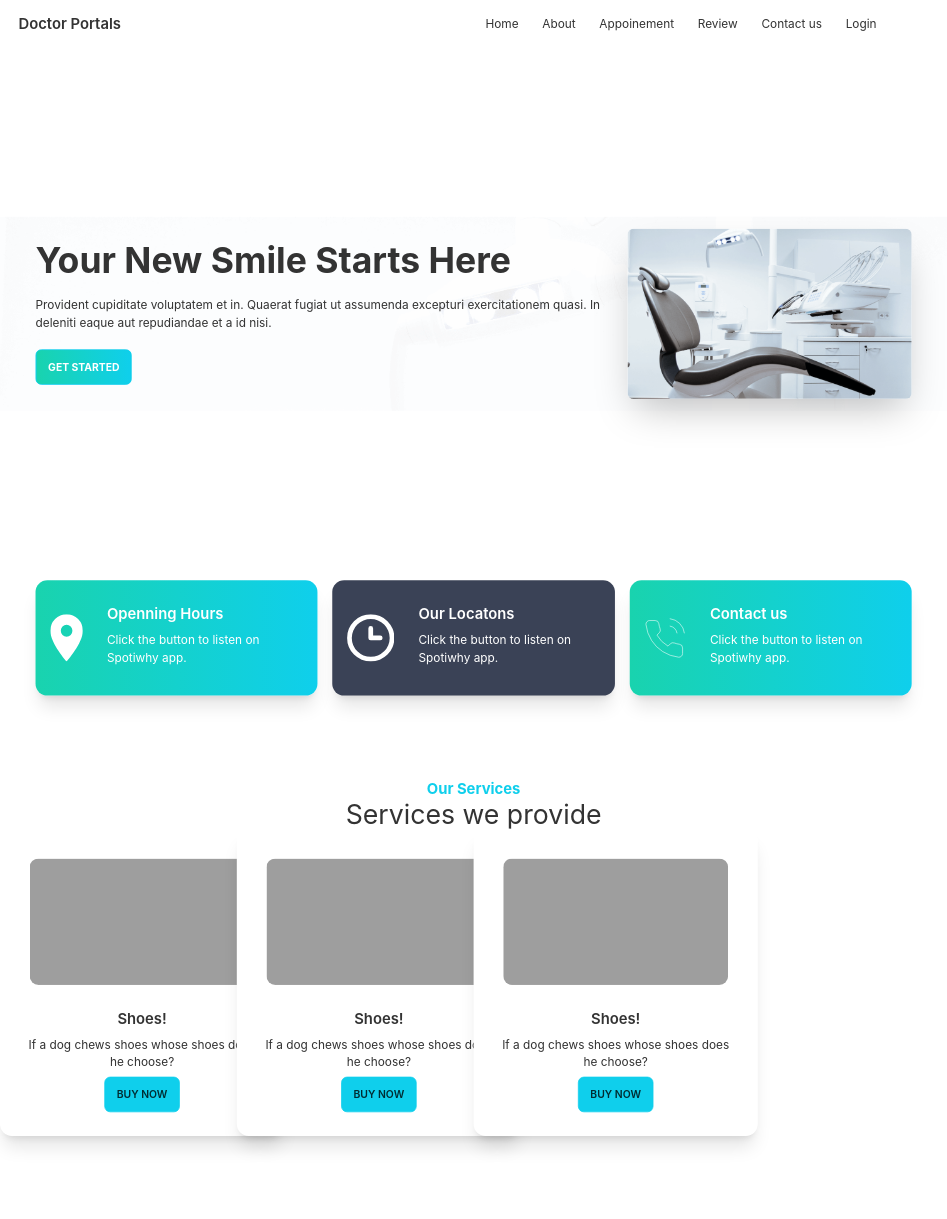
Repository: devsajid/doctors-portal-client
Page: /
An editor plug-in stored every save of this project. The page is shown before and after a run of saves, followed by the edit.
The browser window is 1280 px wide. The pictures show the whole page, at 74% of full size.
Pictures or frames that could not be fetched are drawn as grey boxes. Backgrounds fixed to the window are drawn as part of the page. The project was rebuilt for these pictures with package versions that can differ from the ones it lists, and the page was loaded fresh each time. Also part of the build but not shown: src/App.css, src/Pages/About/About.js, src/Pages/Appoinment/Appoinment.js, src/Pages/Contact/Contact.js, src/Pages/Login/Login.js, src/Pages/Review/Review.js.

Above is the page before, as saved 2022-08-05 21:53:08.

### src/index.js
import React from "react";
import ReactDOM from "react-dom/client";
import "./index.css";
import App from "./App";
import reportWebVitals from "./reportWebVitals";
import { BrowserRouter } from "react-router-dom";
const root = ReactDOM.createRoot(document.getElementById("root"));
root.render(
  <React.StrictMode>
    <BrowserRouter>
      <App />
    </BrowserRouter>
  </React.StrictMode>
);

reportWebVitals();

### src/App.js
import "./App.css";
import Navbar from "./Pages/Home/Share/Navbar/Navbar";
import { Routes, Route } from "react-router-dom";
import Home from "./Pages/Home/Home";
import About from "./Pages/About/About";
import Appoinement from "./Pages/Appoinment/Appoinment";
import Contact from "./Pages/Contact/Contact";
import Login from "./Pages/Login/Login";
import Review from "./Pages/Review/Review";
function App() {
  return (
    <div>
      <Navbar></Navbar>
      <Routes>
        <Route path="/" element={<Home />} />
        <Route path="about" element={<About />} />
        <Route path="appoinement" element={<Appoinement />} />
        <Route path="contact" element={<Contact />} />
        <Route path="login" element={<Login />} />
        <Route path="review" element={<Review />} />
      </Routes>
    </div>
  );
}

export default App;

### src/Pages/Home/Share/Navbar/Navbar.js
import React from "react";
import { Link } from "react-router-dom";

const Navbar = () => {
  const menuItem = (
    <>
      {" "}
      <li>
        <Link to="/">Home</Link>
      </li>
      <li>
        <Link to="about">About</Link>
      </li>
      <li>
        <Link to="appoinement">Appoinement</Link>
      </li>
      <li>
        <Link to="review">Review</Link>
      </li>
      <li>
        <Link to="contact">Contact us</Link>
      </li>
      <li>
        <Link to="login">Login</Link>
      </li>
    </>
  );
  return (
    <div>
      <div class="navbar   bg-base-100">
        <div class="navbar-start">
          <div class="dropdown">
            <label tabindex="0" class="btn btn-ghost lg:hidden">
              <svg
                xmlns="http://www.w3.org/2000/svg"
                class="h-5 w-5"
                fill="none"
                viewBox="0 0 24 24"
                stroke="currentColor"
              >
                <path
                  stroke-linecap="round"
                  stroke-linejoin="round"
                  stroke-width="2"
                  d="M4 6h16M4 12h8m-8 6h16"
                />
              </svg>
            </label>
            <ul
              tabindex="0"
              class="menu menu-compact dropdown-content mt-3 p-2 shadow bg-base-100 rounded-box w-52"
            >
              {menuItem}
            </ul>
          </div>
          <a class="btn btn-ghost normal-case text-xl">Doctor Portals</a>
        </div>
        <div class="navbar-center hidden lg:flex">
          <ul class="menu menu-horizontal p-0">{menuItem}</ul>
        </div>
      </div>
    </div>
  );
};

export default Navbar;

### src/Pages/Home/Home.js
import React from "react";
import Services from "../Services/Services";
import Banner from "./Banner/Banner";
import Info from "./Info/Info";

const Home = () => {
  return (
    <div>
      <Banner></Banner>
      <Info></Info>
      <Services></Services>
    </div>
  );
};

export default Home;

### src/Pages/Services/Services.js
import React from "react";
import flouride from "../../assets/images/flouride.png";
import cavity from "../../assets/images/cavity.png";
import whitening from "../../assets/images/whitening.png";
import Service from "./Service";
const Services = () => {
  const services = [
    {
      _id: 1,
      name: "Flouride Treatment",
      description: "fdgghgfh sadshdshfdsf dshfasdgsad",
      img: flouride,
    },
    {
      _id: 2,
      name: "Flouride Treatment",
      description: "fdgghgfh sadshdshfdsf dshfasdgsad",
      img: cavity,
    },
    {
      _id: 3,
      name: "Flouride Treatment",
      description: "fdgghgfh sadshdshfdsf dshfasdgsad",
      img: whitening,
    },
  ];
  return (
    <div className="my-28">
      <div className="text-center">
        <h3 className="text-primary text-xl font-bold upparecase">
          Our Services
        </h3>
        <h1 className="text-4xl">Services we provide</h1>
      </div>
      <div className="grid sm:grid-cols-1 md:grid-cols-2 lg:grid-cols-4">
        {" "}
        {services.map((service) => (
          <Service key={service._id} service={service}></Service>
        ))}
      </div>
    </div>
  );
};

export default Services;

### src/Pages/Home/Banner/Banner.js
import React from "react";
import chair from "../../../assets/images/chair.png";
import bg from "../../../assets/images/bg.png";
const Banner = () => {
  return (
    <div>
      <div class="hero min-h-screen ">
        <div
          class="hero-content bg-fixed px-12 flex-col lg:flex-row-reverse"
          style={{ backgroundImage: `url(${bg})` }}
        >
          <img src={chair} class="max-w-sm rounded-lg shadow-2xl" />
          <div>
            <h1 class="text-5xl font-bold">Your New Smile Starts Here</h1>
            <p class="py-6">
              Provident cupiditate voluptatem et in. Quaerat fugiat ut assumenda
              excepturi exercitationem quasi. In deleniti eaque aut repudiandae
              et a id nisi.
            </p>
            <button class="btn btn-primary uppercase text-white font-bold bg-gradient-to-r from-secondary to-primary">
              Get Started
            </button>
          </div>
        </div>
      </div>
    </div>
  );
};

export default Banner;

### src/Pages/Home/Info/Info.js
import React from "react";
import InfoCard from "../Info/InfoCard";
import clock from "../../../assets/icons/clock.svg";
import marker from "../../../assets/icons/marker.svg";
import phone from "../../../assets/icons/phone.svg";
const Info = () => {
  return (
    <div className="grid grid-cols-1 lg:grid-cols-3 gap-5 px-12">
      <InfoCard
        cardTitle="Openning Hours"
        bgClass="bg-gradient-to-r from-secondary to-primary"
        img={marker}
      ></InfoCard>
      <InfoCard
        cardTitle="Our Locatons"
        bgClass="bg-accent"
        img={clock}
      ></InfoCard>
      <InfoCard
        cardTitle="Contact us"
        bgClass="bg-gradient-to-r from-secondary to-primary"
        img={phone}
      ></InfoCard>
    </div>
  );
};

export default Info;

### src/Pages/Services/Service.js
import React from "react";

const Service = () => {
  return (
    <div class="card w-96 bg-base-100 shadow-xl">
      <figure class="px-10 pt-10">
        <img
          src="https://placeimg.com/400/225/arch"
          alt="Shoes"
          class="rounded-xl"
        />
      </figure>
      <div class="card-body items-center text-center">
        <h2 class="card-title">Shoes!</h2>
        <p>If a dog chews shoes whose shoes does he choose?</p>
        <div class="card-actions">
          <button class="btn btn-primary">Buy Now</button>
        </div>
      </div>
    </div>
  );
};

export default Service;

### src/Pages/Home/Info/InfoCard.js
import React from "react";

const InfoCard = ({ img, cardTitle, bgClass }) => {
  return (
    <div class={`card lg:card-side shadow-xl ${bgClass}`}>
      <figure className="pl-5">
        <img src={img} alt="Album" />
      </figure>
      <div class="card-body text-white">
        <h2 class="card-title">{cardTitle}</h2>
        <p>Click the button to listen on Spotiwhy app.</p>
        <div class="card-actions justify-end"></div>
      </div>
    </div>
  );
};

export default InfoCard;

### tailwind.config.js
/** @type {import('tailwindcss').Config} */
module.exports = {
  content: ["./src/**/*.{html,js}"],
  theme: {
    extend: {},
  },
  daisyui: {
    themes: [
      {
        doctortheme: {
          primary: "#0fcfec",
          secondary: "#19D3AE",
          accent: "#3A4256",
          neutral: "#3d4451",
          "base-100": "#ffffff",
        },
      },
      "dark",
      "cupcake",
    ],
  },
  plugins: [require("daisyui")],
};

Loaded but not shown: public/index.html (common file); src/index.css (common file); src/reportWebVitals.js (common file)

After the next 2 saves:
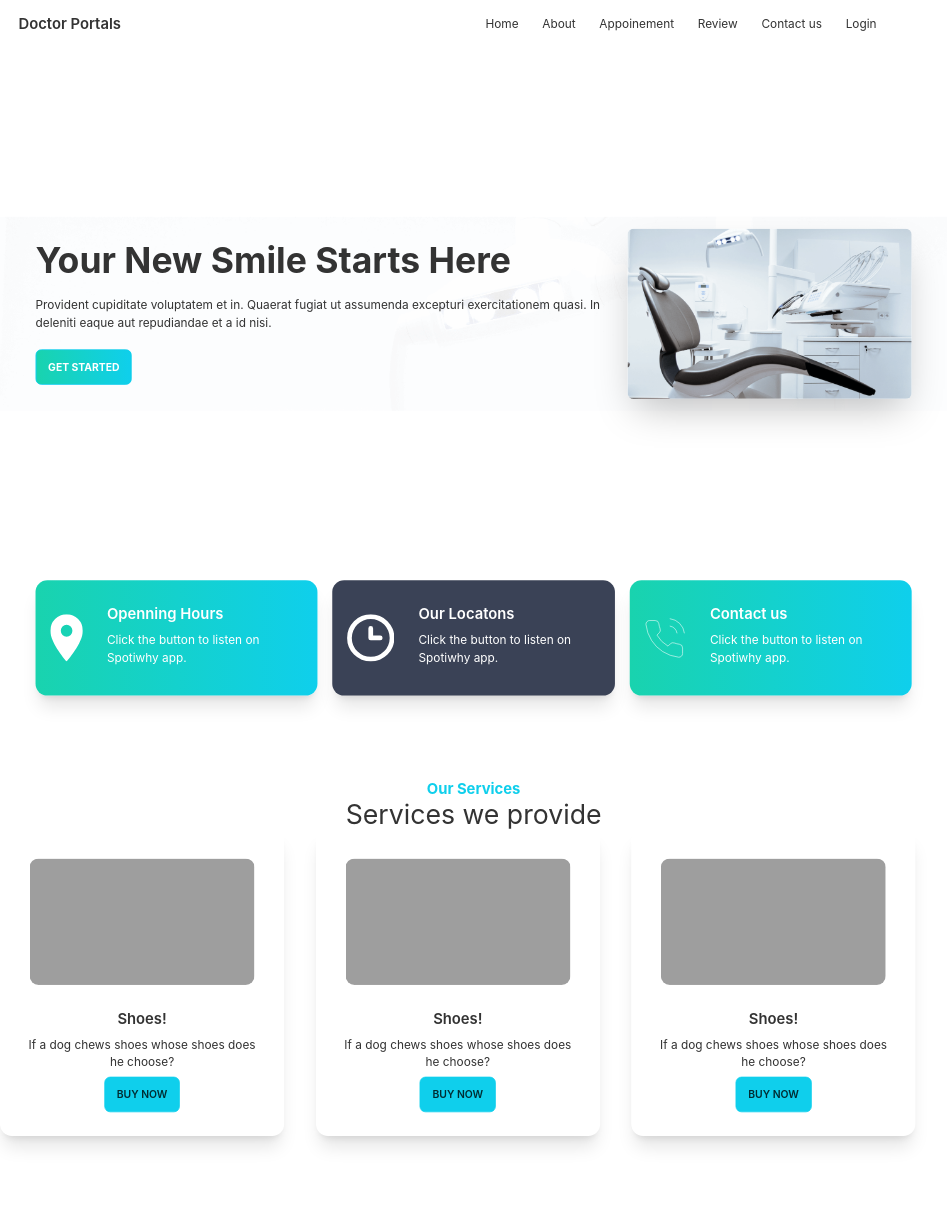
The 2 saves are shown as one change because they came seconds apart.
The last was saved 11 s later.
--- a/src/Pages/Services/Services.js
+++ b/src/Pages/Services/Services.js
@@ -32,7 +32,7 @@ const Services = () => {
         </h3>
         <h1 className="text-4xl">Services we provide</h1>
       </div>
-      <div className="grid sm:grid-cols-1 md:grid-cols-2 lg:grid-cols-4">
+      <div className="grid sm:grid-cols-1 md:grid-cols-2 lg:grid-cols-3">
         {" "}
         {services.map((service) => (
           <Service key={service._id} service={service}></Service>
